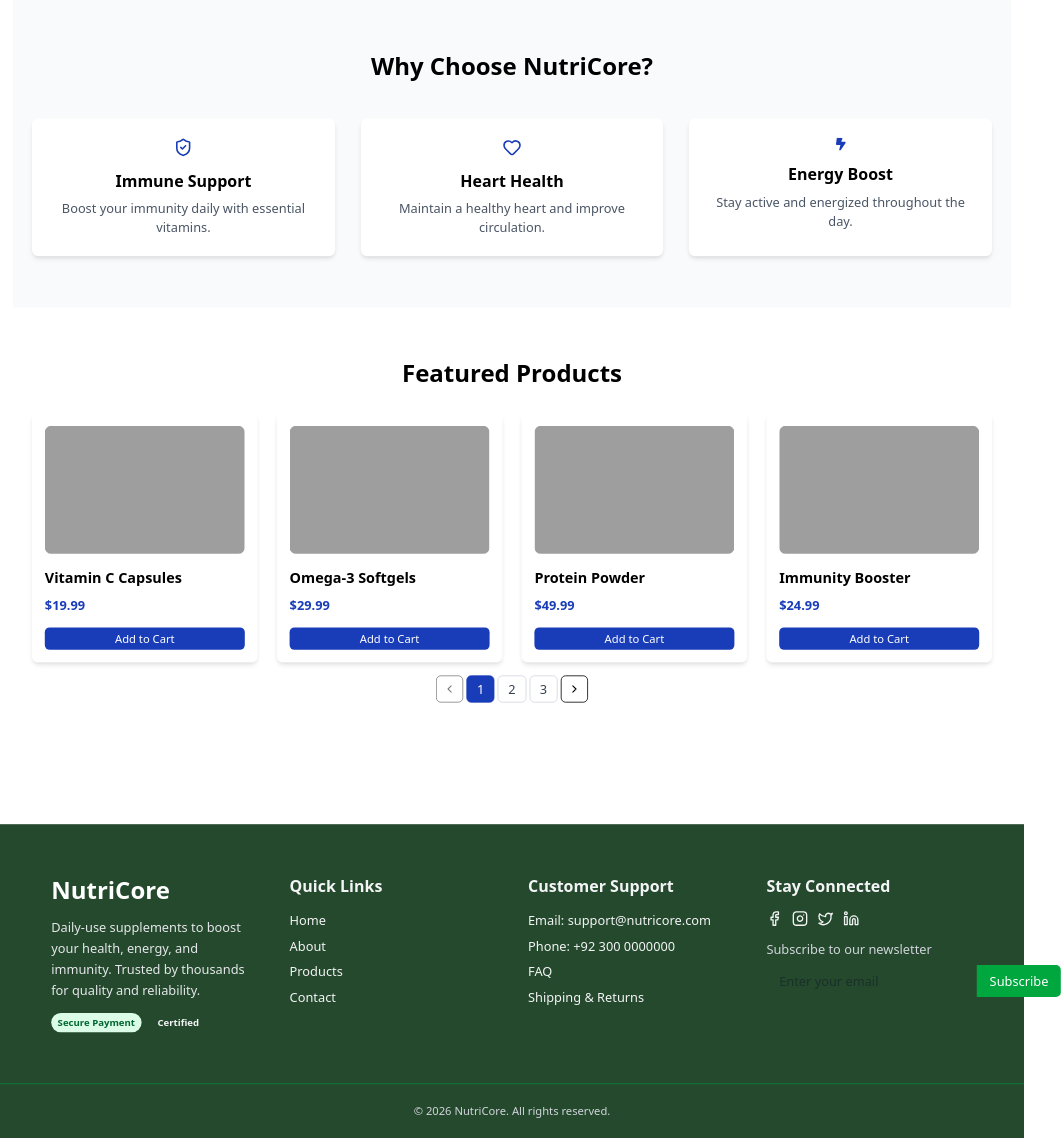
Repository: A-Nawaz512/NutriCore
Page: / (app in frontend/)
These files come from the project's save history. The page is drawn as it stood at one moment and after a run of saves; the edit follows.
The browser window is 1280 px wide. The page is 1326 px wide, so the pictures cover 1326 px, including what lies to the right of the window. The pictures show the part of the page from y = 664 to 2087 px (the page is 2087 px tall), at 80% of full size.
Pictures or frames that could not be fetched are drawn as grey boxes. The project was rebuilt for these pictures with package versions that can differ from the ones it lists, and the page was loaded fresh each time. Also part of the build but not shown: frontend/vite.config.ts.

Above is the page before, as saved 2026-02-17 19:20:00.

### frontend/src/main.tsx
import { StrictMode } from 'react'
import { createRoot } from 'react-dom/client'
import './index.css'
import App from './App.tsx'
import {BrowserRouter} from "react-router-dom"

createRoot(document.getElementById('root')!).render(
  <StrictMode>
     <BrowserRouter>
      <App />
    </BrowserRouter>
  </StrictMode>,
)

### frontend/src/App.tsx
import AppRouter from "./app/router/AppRouter"

function App() {
  return <AppRouter />
}

export default App

### frontend/src/app/router/AppRouter.tsx
import { Routes, Route } from "react-router-dom"
import { lazy, Suspense } from "react"

import MainLayout from "../../shared/components/layout/MainLayout"
// import AdminLayout from "@/shared/components/layout/AdminLayout"
// import ProtectedRoute from "./ProtectedRoute"
// import AdminRoute from "./AdminRoute"

const HomePage = lazy(() => import("../../features/home/pages/HomePage"))
// const AboutPage = lazy(() => import("@/features/about/pages/AboutPage"))
// const ProductsPage = lazy(() => import("@/features/products/pages/ProductsPage"))
// const ContactPage = lazy(() => import("@/features/contact/pages/ContactPage"))
// const LoginPage = lazy(() => import("@/features/auth/pages/LoginPage"))
// const SignupPage = lazy(() => import("@/features/auth/pages/SignupPage"))
// const DashboardPage = lazy(() => import("@/features/admin/pages/DashboardPage"))

const AppRouter = () => {
  return (
    <Suspense fallback={<div>Loading...</div>}>
      <Routes>
        {/* Public Layout */}
        <Route element={<MainLayout />}>
          <Route path="/" element={<HomePage />} />
          {/* <Route path="/about" element={<AboutPage />} />
          <Route path="/products" element={<ProductsPage />} />
          <Route path="/contact" element={<ContactPage />} /> */}
        </Route>

        {/* Auth */}
        {/* <Route path="/login" element={<LoginPage />} />
        <Route path="/signup" element={<SignupPage />} /> */}

        {/* Protected Admin */}
        {/* <Route element={<ProtectedRoute />}>
          <Route element={<AdminRoute />}>
            <Route element={<AdminLayout />}>
              <Route path="/admin/dashboard" element={<DashboardPage />} />
            </Route>
          </Route>
        </Route> */}
      </Routes>
    </Suspense>
  )
}

export default AppRouter

### frontend/src/shared/components/layout/MainLayout.tsx
import { Outlet } from "react-router-dom"
import Header from "./Header"
import Footer from "./Footer"

const MainLayout = () => {
  return (
    <div className="min-h-screen flex flex-col bg-white">
      <Header />
      <main className="flex-1 container mx-auto px-4 py-6">
        <Outlet />
      </main>
      <Footer />
    </div>
  )
}

export default MainLayout

### frontend/src/features/home/pages/HomePage.tsx
import { FC } from "react"
import HeroSection from "../components/HeroSection"
import BenefitsSection from "../components/BenefitsSection"
import FeaturedProducts from "../components/FeaturedProducts"

const HomePage: FC = () => {
  return (
    <>
      <HeroSection />
      <BenefitsSection />
      <FeaturedProducts />
    </>
  )
}

export default HomePage

### frontend/src/shared/components/layout/Header.tsx
import { FC, useState } from "react"
import { Link } from "react-router-dom"
import { ShoppingCart, Menu, X } from "lucide-react"
import Button from "../ui/Button"
import Badge from "../ui/Badge"

const Header: FC = () => {
  const [isMobileMenuOpen, setIsMobileMenuOpen] = useState(false)

  const navLinks = [
    { name: "Home", path: "/" },
    { name: "About", path: "/about" },
    { name: "Products", path: "/products" },
    { name: "Contact", path: "/contact" },
  ]

  return (
    <header className="bg-white shadow-md">
      <div className="container mx-auto flex items-center justify-between p-4">
        {/* Logo */}
        <Link to="/" className="text-2xl font-bold text-blue-800">
          NutriCore
        </Link>

        {/* Desktop Navigation */}
        <nav className="hidden md:flex space-x-3">
          {navLinks.map(link => (
            <Link
              key={link.name}
              to={link.path}
              className="text-gray-700 hover:bg-blue-800 hover:text-white rounded px-3 py-1 font-medium transition"
            >
              {link.name}
            </Link>
          ))}
        </nav>

        {/* Cart + Auth Buttons */}
        <div className="flex items-center space-x-4">
          <Link to="/cart" className="relative flex ">
            <ShoppingCart size={24} className="text-gray-700 hover:text-blue-800 transition" />
            <Badge color="blue" className="absolute -top-2 -right-2">
              2
            </Badge>
          </Link>
          <Button variant="outline" size="sm">
            Login
          </Button>
        </div>

        {/* Mobile Menu Toggle */}
        <div className="md:hidden">
          <button onClick={() => setIsMobileMenuOpen(prev => !prev)}>
            {isMobileMenuOpen ? <X size={24} /> : <Menu size={24} />}
          </button>
        </div>
      </div>

      {/* Mobile Menu */}
      {isMobileMenuOpen && (
        <div className="md:hidden bg-white shadow-md">
          {navLinks.map(link => (
            <Link
              key={link.name}
              to={link.path}
              className="block px-4 py-2 text-gray-700 hover:bg-gray-100 transition"
              onClick={() => setIsMobileMenuOpen(false)}
            >
              {link.name}
            </Link>
          ))}
        </div>
      )}
    </header>
  )
}

export default Header

### frontend/src/shared/components/layout/Footer.tsx
import { FC } from "react"
import { Link } from "react-router-dom"
import Badge from "../ui/Badge"
import { Facebook, Instagram, Twitter, Linkedin } from "lucide-react"

const Footer: FC = () => {
  return (
    <footer className="bg-[#25492D] text-gray-100 mt-16">
      <div className="container mx-auto py-16 px-8 md:px-16 grid md:grid-cols-4 gap-10">
        {/* Branding */}
        <div className="space-y-4">
          <h2 className="text-3xl font-bold text-white">NutriCore</h2>
          <p className="text-gray-200 leading-relaxed">
            Daily-use supplements to boost your health, energy, and immunity.
            Trusted by thousands for quality and reliability.
          </p>
          <div className="flex space-x-3 mt-2">
            <Badge color="green" className="rounded-md px-3 py-1 text-sm">Secure Payment</Badge>
            <Badge color="yellow" className="rounded-md px-3 py-1 text-sm">Certified</Badge>
          </div>
        </div>

        {/* Quick Links */}
        <div>
          <h3 className="text-xl font-semibold mb-4">Quick Links</h3>
          <ul className="space-y-2">
            <li>
              <Link to="/" className="hover:text-green-300 transition-colors duration-200">Home</Link>
            </li>
            <li>
              <Link to="/about" className="hover:text-green-300 transition-colors duration-200">About</Link>
            </li>
            <li>
              <Link to="/products" className="hover:text-green-300 transition-colors duration-200">Products</Link>
            </li>
            <li>
              <Link to="/contact" className="hover:text-green-300 transition-colors duration-200">Contact</Link>
            </li>
          </ul>
        </div>

        {/* Support / Contact */}
        <div>
          <h3 className="text-xl font-semibold mb-4">Customer Support</h3>
          <ul className="space-y-2">
            <li>Email: support@nutricore.com</li>
            <li>Phone: +92 300 0000000</li>
            <li>FAQ</li>
            <li>Shipping & Returns</li>
          </ul>
        </div>

        {/* Social + Newsletter */}
        <div className="space-y-4">
          <h3 className="text-xl font-semibold mb-4">Stay Connected</h3>
          <div className="flex space-x-3">
            <Link className="hover:text-green-300 transition-colors duration-200">
              <Facebook size={20} />
            </Link>
            <Link className="hover:text-green-300 transition-colors duration-200">
              <Instagram size={20} />
            </Link>
            <Link className="hover:text-green-300 transition-colors duration-200">
              <Twitter size={20} />
            </Link>
            <Link className="hover:text-green-300 transition-colors duration-200">
              <Linkedin size={20} />
            </Link>
          </div>
          <div className="mt-4">
            <p className="text-gray-300 mb-2">Subscribe to our newsletter</p>
            <div className="flex">
              <input
                type="email"
                placeholder="Enter your email"
                className="flex-1 px-4 py-2 bg- rounded-l-md focus:outline-none text-gray-900"
              />
              <button className="bg-green-600 hover:bg-green-700 px-4 py-2 rounded-r-md text-white transition-colors">
                Subscribe
              </button>
            </div>
          </div>
        </div>
      </div>

      <div className="border-t border-green-700 text-center py-6 text-gray-300 text-sm">
        &copy; {new Date().getFullYear()} NutriCore. All rights reserved.
      </div>
    </footer>
  )
}

export default Footer

### frontend/src/features/home/components/HeroSection.tsx
import { FC } from "react"
import { Swiper, SwiperSlide } from "swiper/react"
import { Autoplay, EffectFade, Pagination, Navigation } from "swiper/modules"
import "swiper/css"
import "swiper/css/effect-fade"
import "swiper/css/pagination"
import "swiper/css/navigation"
import Button from "../../../shared/components/ui/Button"
import Home01 from "../../../assets/Home/Home01.jpg"
import Home02 from "../../../assets/Home/Home02.jpg"
import Home03 from "../../../assets/Home/Home03.jpg"

const slides = [
  {
    title: "Daily Health, Simplified",
    description: "NutriCore supplements for energy, immunity, and overall wellness.",
    img: Home01,
    btnText: "Shop Now",
    btnLink: "/products",
  },
  {
    title: "Fast & Secure Delivery",
    description: "Get your favorite supplements delivered to your doorstep quickly and safely.",
    img: Home02,
    btnText: "Explore Delivery",
    btnLink: "/delivery",
  },
  {
    title: "Premium Quality Products",
    description: "Certified vitamins, protein powders, and wellness boosters to support your lifestyle.",
    img: Home03,
    btnText: "View Products",
    btnLink: "/products",
  },
]

const HeroSection: FC = () => {
  return (
    <section className="relative w-full h-[80vh] overflow-hidden rounded-lg">
      <Swiper
        modules={[Autoplay, EffectFade, Pagination, Navigation]}
        effect="fade"
        autoplay={{ delay: 3000, disableOnInteraction: false }}
        loop={true}
        speed={1000}
        pagination={{
          clickable: true,
          bulletClass:
            "swiper-pagination-bullet w-4 h-4 bg-white/50 rounded-full mx-1 transition-all duration-300",
          bulletActiveClass: "swiper-pagination-bullet-active bg-white",
        }}
        navigation={true}
        className="w-full h-full"
      >
        {slides.map((slide, index) => (
          <SwiperSlide key={index}>
            <div
              className="w-full h-full relative flex flex-col md:flex-row items-center justify-between px-6 md:px-16 py-12 md:py-24"
              style={{
                backgroundImage: `url(${slide.img})`,
                backgroundSize: "cover",
                backgroundPosition: "center",
              }}
            >
              {/* Overlay */}
              <div className="absolute inset-0 bg-black/20"></div>

              {/* Text Content */}
              <div className="relative md:w-1/2 z-10 text-white max-w-lg text-center md:text-left">
                <h2 className="text-3xl md:text-5xl font-bold mb-4 leading-snug">
                  {slide.title}
                </h2>
                <p className="mb-6 text-base md:text-lg text-gray-100">
                  {slide.description}
                </p>
                <div className="flex justify-center md:justify-start">
                  <Button
                    variant="primary"
                    size="lg"
                    onClick={() => (window.location.href = slide.btnLink)}
                  >
                    {slide.btnText}
                  </Button>
                </div>
              </div>
            </div>
          </SwiperSlide>
        ))}
      </Swiper>

      {/* Custom Navigation Styling */}
      <style>
        {`
          .swiper-button-next,
          .swiper-button-prev {
            width: 3rem;
            padding : 10px;
            height: 3rem;
            border-radius: 50%;
            background-color: rgba(255,255,255,0.3);
            color: white;
            transition: all 0.3s ease;
          }
          .swiper-button-next:hover,
          .swiper-button-prev:hover {
            background-color: blue;
          }
          .swiper-button-next::after,
          .swiper-button-prev::after {
            font-size: 1.25rem;
            font-weight: bold;
          }
        `}
      </style>
    </section>
  )
}

export default HeroSection

### frontend/src/features/home/components/BenefitsSection.tsx
import { FC } from "react"
import { ShieldCheck, Heart } from "lucide-react"
import { FaBoltLightning } from "react-icons/fa6";
import Card from "../../../shared/components/ui/Card"

const benefits = [
  { icon: <ShieldCheck />, title: "Immune Support", description: "Boost your immunity daily with essential vitamins." },
  { icon: <Heart />, title: "Heart Health", description: "Maintain a healthy heart and improve circulation." },
  { icon: <FaBoltLightning />, title: "Energy Boost", description: "Stay active and energized throughout the day." },
]

const BenefitsSection: FC = () => {
  return (
    <section className="py-16 bg-gray-50">
      <div className="container mx-auto px-6 text-center">
        <h2 className="text-3xl font-bold mb-12">Why Choose NutriCore?</h2>
        <div className="grid md:grid-cols-3 gap-8">
          {benefits.map((benefit, idx) => (
            <Card key={idx} className="flex flex-col items-center text-center p-6">
              <div className="text-blue-800 mb-4">{benefit.icon}</div>
              <h3 className="text-xl font-semibold mb-2">{benefit.title}</h3>
              <p className="text-gray-600">{benefit.description}</p>
            </Card>
          ))}
        </div>
      </div>
    </section>
  )
}

export default BenefitsSection

### frontend/src/features/home/components/FeaturedProducts.tsx
import { FC } from "react"
import Card from "../../../shared/components/ui/Card"
import Button from "../../../shared/components/ui/Button"
import Pagination from "../../../shared/components/ui/Pagination"
import { useState } from "react"

const products = [
  {
    id: 1,
    name: "Vitamin C Capsules",
    price: 19.99,
    image: "https://images.pexels.com/photos/4057743/pexels-photo-4057743.jpeg",
  },
  {
    id: 2,
    name: "Omega-3 Softgels",
    price: 29.99,
    image: "https://images.pexels.com/photos/4057743/pexels-photo-4057743.jpeg",
  },
  {
    id: 3,
    name: "Protein Powder",
    price: 49.99,
    image: "https://images.pexels.com/photos/4057743/pexels-photo-4057743.jpeg",
  },
  {
    id: 4,
    name: "Immunity Booster",
    price: 24.99,
    image: "https://images.pexels.com/photos/4057743/pexels-photo-4057743.jpeg",
  },
]

const FeaturedProducts: FC = () => {
  const [currentPage, setCurrentPage] = useState(1)
  const totalPages = 3 // mock

  return (
    <section className="py-16 container mx-auto px-6">
      <h2 className="text-3xl font-bold mb-8 text-center">Featured Products</h2>
      <div className="grid md:grid-cols-4 gap-6">
        {products.map(product => (
          <Card key={product.id}>
            <img src={product.image} alt={product.name} className="rounded-lg mb-4 w-full h-40 object-cover" />
            <h3 className="text-lg font-semibold mb-2">{product.name}</h3>
            <p className="text-blue-800 font-bold mb-4">${product.price.toFixed(2)}</p>
            <Button variant="primary" size="sm" className="w-full">
              Add to Cart
            </Button>
          </Card>
        ))}
      </div>

      <Pagination currentPage={currentPage} totalPages={totalPages} onPageChange={setCurrentPage} />
    </section>
  )
}

export default FeaturedProducts

### frontend/src/shared/components/ui/Button.tsx
import { ButtonHTMLAttributes, FC, ReactNode } from "react"
import clsx from "clsx"
import { motion } from "framer-motion"

interface ButtonProps extends ButtonHTMLAttributes<HTMLButtonElement> {
  variant?: "primary" | "secondary" | "outline"
  size?: "sm" | "md" | "lg"
  children: ReactNode
}

const Button: FC<ButtonProps> = ({
  variant = "primary",
  size = "md",
  children,
  className,
  ...props
}) => {
  const baseClasses =
    "font-medium rounded-md transition-all duration-200 focus:outline-none focus:ring-2 focus:ring-offset-2 flex items-center justify-center"

  const variantClasses = clsx({
    "bg-blue-800 text-white hover:bg-blue-700 focus:ring-blue-500 cursor-pointer": variant === "primary",
    "bg-gray-100 text-gray-900 hover:bg-gray-200 focus:ring-gray-400 cursor-pointer": variant === "secondary",
    "border-2 border-blue-800 text-blue-800 hover:text-white cursor-pointer hover:bg-blue-800 focus:ring-blue-500": variant === "outline"
  })

  const sizeClasses = clsx({
    "px-3 py-1 text-sm": size === "sm",
    "px-4 py-2 text-md": size === "md",
    "px-6 py-3 text-lg": size === "lg"
  })

  return (
    <motion.button
      whileTap={{ scale: 0.95 }}
      className={clsx(baseClasses, variantClasses, sizeClasses, className)}
      {...props}
    >
      {children}
    </motion.button>
  )
}

export default Button

### frontend/src/shared/components/ui/Badge.tsx
import { FC, ReactNode } from "react"
import clsx from "clsx"

interface BadgeProps {
  children: ReactNode
  color?: "blue" | "green" | "red" | "gray"
}

const Badge: FC<BadgeProps> = ({ children, color = "gray" }) => {
  const colors = clsx({
    "bg-blue-100 text-blue-800": color === "blue",
    "bg-green-100 text-green-800": color === "green",
    "bg-red-100 text-red-800": color === "red",
    "bg-gray-100 text-gray-800": color === "gray",
  })

  return <span className={clsx("px-2 py-1 text-xs rounded-full font-semibold", colors)}>{children}</span>
}

export default Badge

### frontend/src/shared/components/ui/Card.tsx
import { FC, ReactNode } from "react"
import clsx from "clsx"

interface CardProps {
  children: ReactNode
  className?: string
}

const Card: FC<CardProps> = ({ children, className }) => {
  return (
    <div className={clsx("bg-white shadow-md rounded-lg p-4 transition hover:shadow-lg", className)}>
      {children}
    </div>
  )
}

export default Card

### frontend/src/shared/components/ui/Pagination.tsx
import { FC } from "react"
import clsx from "clsx"
import { ChevronLeft, ChevronRight } from "lucide-react"

interface PaginationProps {
  currentPage: number
  totalPages: number
  onPageChange: (page: number) => void
  siblingCount?: number // number of pages to show around current
}

const Pagination: FC<PaginationProps> = ({
  currentPage,
  totalPages,
  onPageChange,
  siblingCount = 1,
}) => {
  if (totalPages === 0) return null

  const generatePages = () => {
    const pages: (number | "...")[] = []

    const startPage = Math.max(2, currentPage - siblingCount)
    const endPage = Math.min(totalPages - 1, currentPage + siblingCount)

    // Always show first page
    pages.push(1)

    // Left ellipsis
    if (startPage > 2) {
      pages.push("...")
    }

    // Middle pages
    for (let i = startPage; i <= endPage; i++) {
      pages.push(i)
    }

    // Right ellipsis
    if (endPage < totalPages - 1) {
      pages.push("...")
    }

    // Always show last page if totalPages > 1
    if (totalPages > 1) pages.push(totalPages)

    return pages
  }

  const pages = generatePages()

  return (
    <div className="flex items-center space-x-1 mt-4 justify-center">
      {/* Previous Button */}
      <button
        onClick={() => onPageChange(currentPage - 1)}
        disabled={currentPage === 1}
        className={clsx(
          "p-2 rounded-md border hover:bg-gray-100 disabled:opacity-50 disabled:cursor-not-allowed",
        )}
      >
        <ChevronLeft size={16} />
      </button>

      {/* Page Numbers */}
      {pages.map((page, idx) =>
        page === "..." ? (
          <span key={idx} className="px-2 text-gray-500">
            ...
          </span>
        ) : (
          <button
            key={idx}
            onClick={() => onPageChange(page as number)}
            className={clsx(
              "px-3 py-1 rounded-md border transition",
              page === currentPage
                ? "bg-blue-800 text-white border-blue-800"
                : "hover:bg-gray-100 border-gray-300 text-gray-700"
            )}
          >
            {page}
          </button>
        )
      )}

      {/* Next Button */}
      <button
        onClick={() => onPageChange(currentPage + 1)}
        disabled={currentPage === totalPages}
        className={clsx(
          "p-2 rounded-md border hover:bg-gray-100 disabled:opacity-50 disabled:cursor-not-allowed"
        )}
      >
        <ChevronRight size={16} />
      </button>
    </div>
  )
}

export default Pagination

Loaded but not shown: frontend/index.html (common file); frontend/src/index.css (common file)

After the next 2 saves:
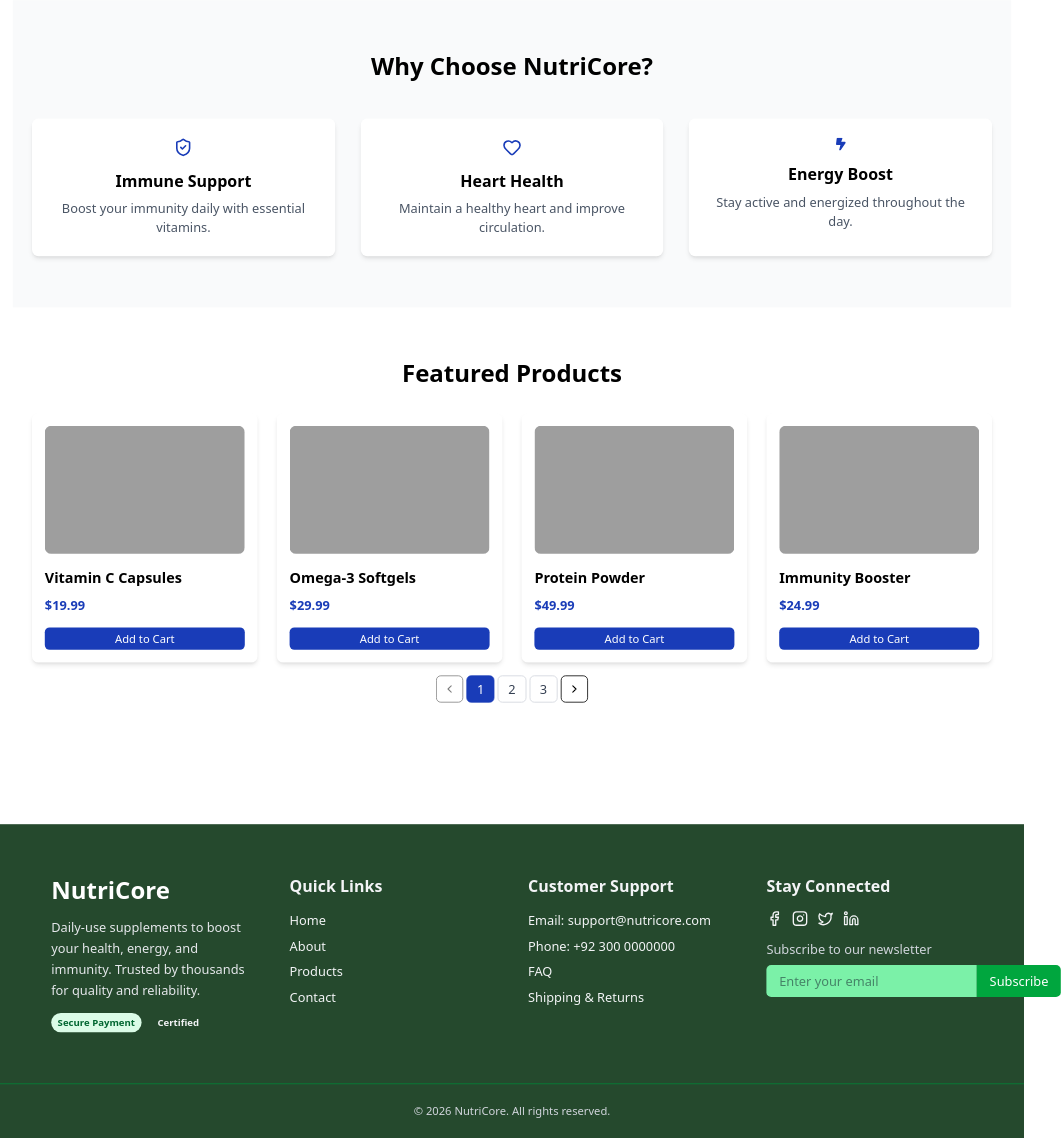
The 2 saves are shown as one change because they came seconds apart.
The last was saved 9 s later.
--- a/frontend/src/shared/components/layout/Footer.tsx
+++ b/frontend/src/shared/components/layout/Footer.tsx
@@ -73,7 +73,7 @@ const Footer: FC = () => {
               <input
                 type="email"
                 placeholder="Enter your email"
-                className="flex-1 px-4 py-2 bg- rounded-l-md focus:outline-none text-gray-900"
+                className="flex-1 px-4 py-2 bg-green-300 rounded-l-md focus:outline-none text-gray-900"
               />
               <button className="bg-green-600 hover:bg-green-700 px-4 py-2 rounded-r-md text-white transition-colors">
                 Subscribe
